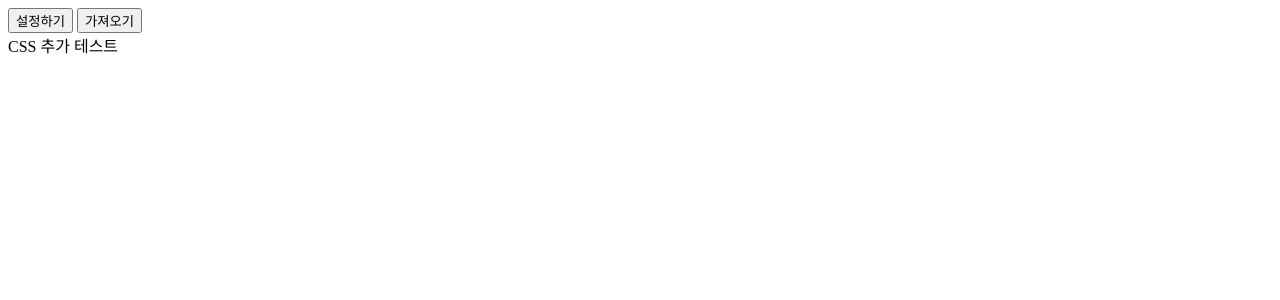
Repository: shouvoo/bitAcademy
Page: work/jsp/06_javascript/WebContent/07_library/test09.html
These files come from the project's save history. The page is drawn as it stood at one moment and after the next save; the edit follows.
The browser window is 1280 px wide. The pictures show the whole page.

Above is the page before, as saved 2017-11-14 05:28:08.

### work/jsp/06_javascript/WebContent/07_library/test09.html
<!--
	checked, disabled 설정 기능 추가하기
	el.checked = (true | false);
	el.disabled = (true | false);

	prop("checked", true | false);
	prop("disabled", true | false);
 -->

<!DOCTYPE html>
<html>
<head>
<meta charset="UTF-8">
<title>Insert title here</title>
<script type="text/javascript" src="jquery.js"></script>
</head>
<body>
	<button>설정하기</button>
	<button>가져오기</button>

	<div>CSS 추가 테스트</div>

</body>
</html>

Loaded but not shown: work/jsp/06_javascript/WebContent/07_library/jquery.js (library)

After the next save:
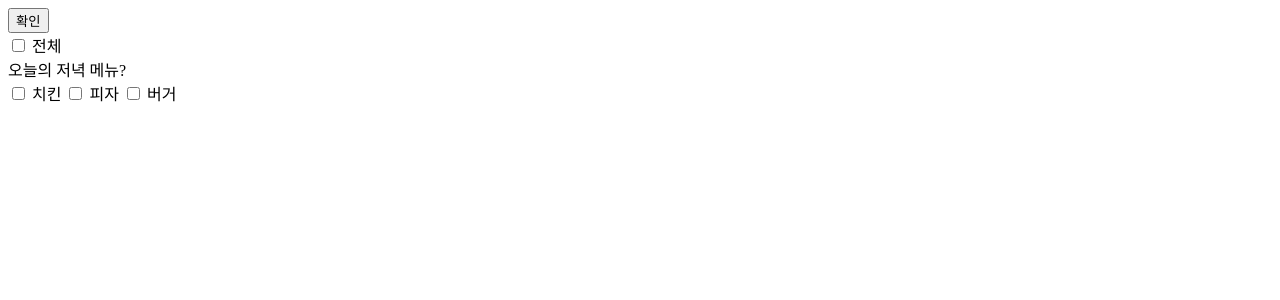
Saved 18 s later.
--- a/work/jsp/06_javascript/WebContent/07_library/test09.html
+++ b/work/jsp/06_javascript/WebContent/07_library/test09.html
@@ -15,10 +15,22 @@
 <script type="text/javascript" src="jquery.js"></script>
 </head>
 <body>
-	<button>설정하기</button>
-	<button>가져오기</button>
-
-	<div>CSS 추가 테스트</div>
+	<form name="mForm">
+		<button type="button" onclick="confirmCheck();">확인</button>
+		<div>
+			<input type="checkbox" id="all" name="all" value="all" onclick="checkAll(this.checked);">
+			<label>전체</label>
+		</div>
+		<div>
+			오늘의 저녁 메뉴?<br>
+			<input type="checkbox" id="menu1" name="menu" value="1">
+			<label>치킨</label>
+			<input type="checkbox" id="menu2" name="menu" value="2">
+			<label>피자</label>
+			<input type="checkbox" id="menu3" name="menu" value="3">
+			<label>버거</label>
+		</div>
+	</form>
 
 </body>
 </html>
